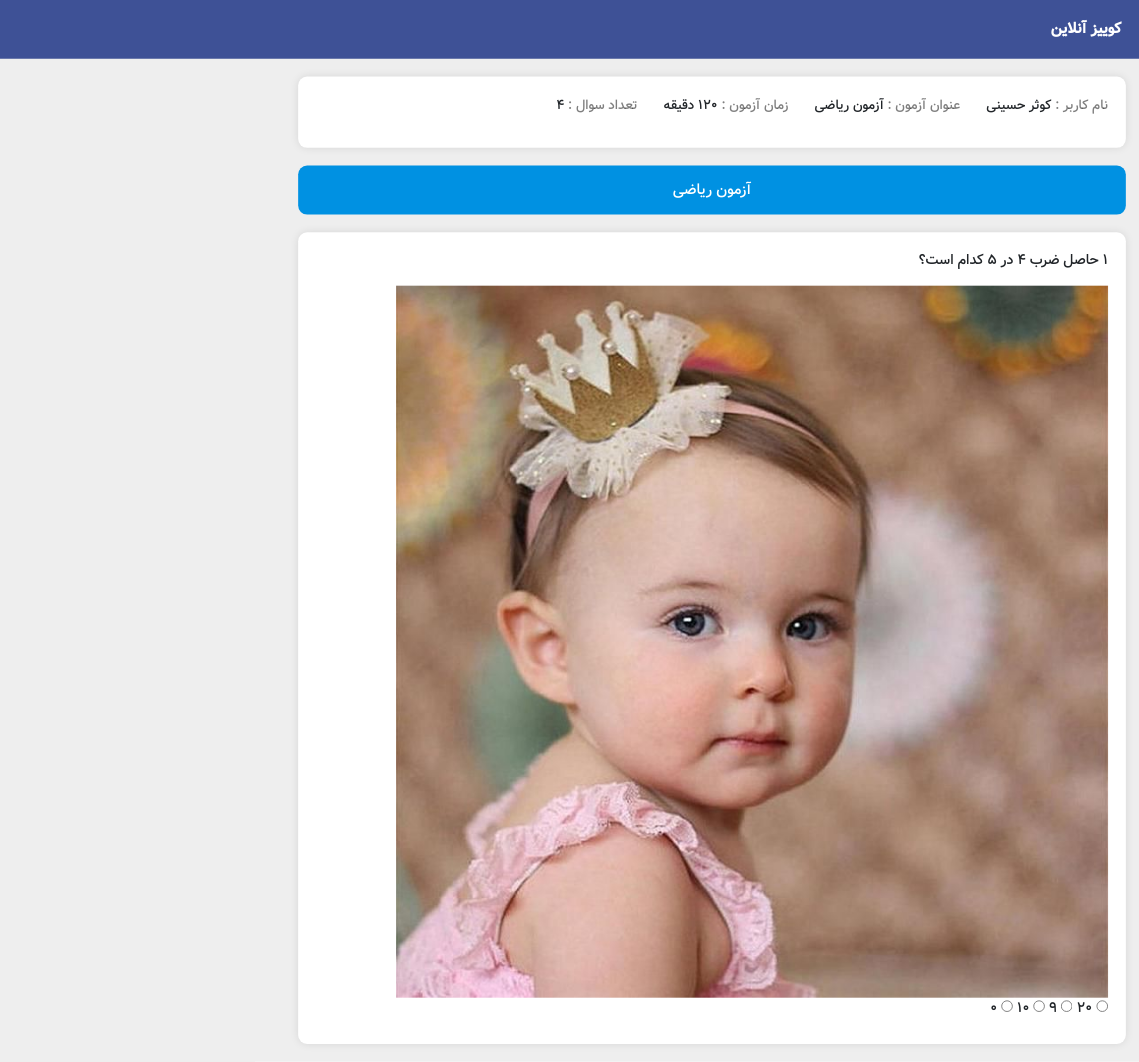
Repository: kosar78/quiz-online
Page: quiz.html
These files come from the project's save history. The page is drawn as it stood at one moment and after the next save; the edit follows.
The browser window is 1280 px wide. The pictures show the whole page, at 89% of full size.
Some web libraries are served in a nearby version.

Above is the page before, as saved 2022-01-09 21:34:12.

After the next save:
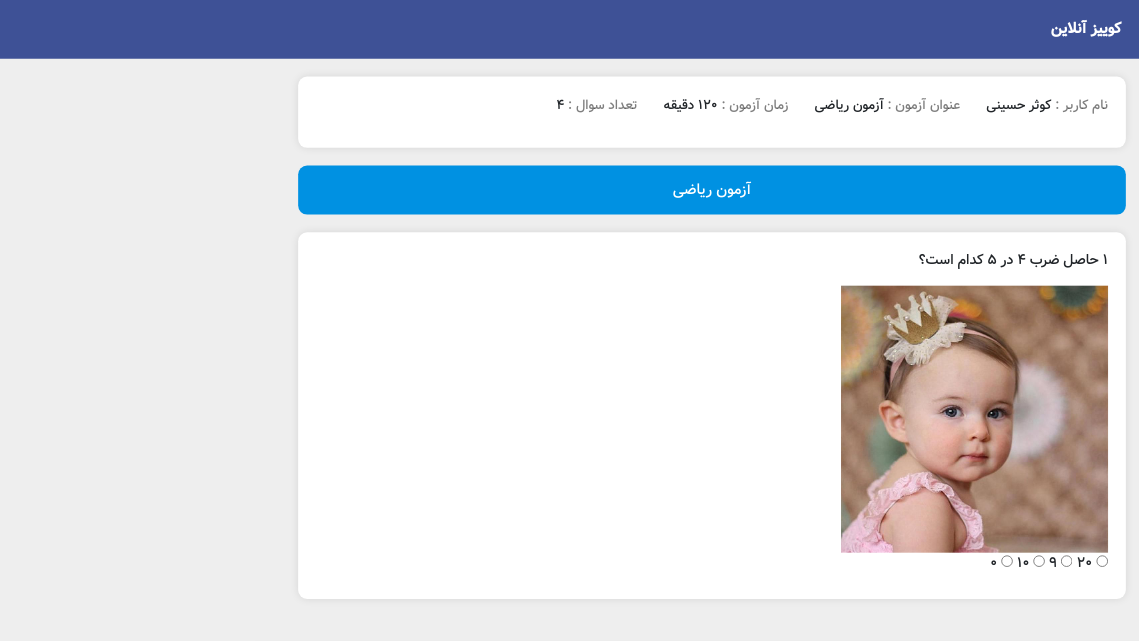
Saved 57 s later.
--- a/css/quiz.css
+++ b/css/quiz.css
@@ -70,6 +70,9 @@ ul li{
     margin-bottom: 0px;
 
 }
+.question-box .q-pic{
+    max-width: 300px;
+}
 ::placeholder {
     color: rgb(0, 0, 0,.5);
     opacity: 0.95;
